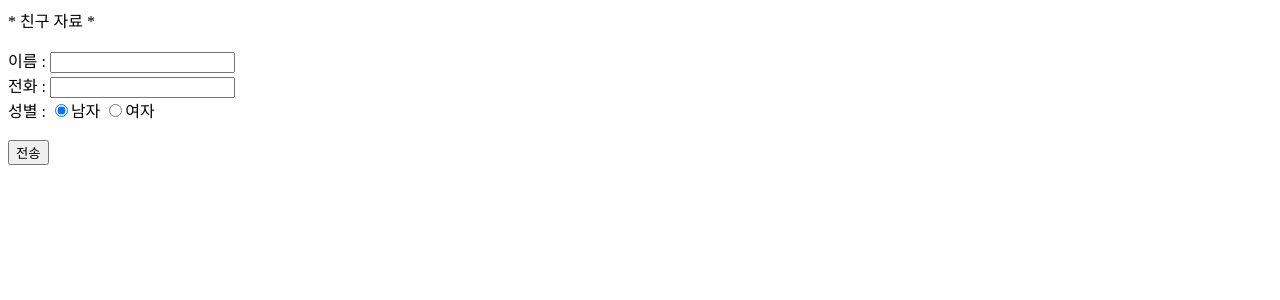
Repository: CUCU7103/Python-project
Page: pypro1/pack4network/friend.html
The author's editor kept a copy of each file at every save. The page is drawn from the files as they stood at one save, then again after the next save.
The browser window is 1280 px wide. The pictures show the whole page.

Above is the page before, as saved 2023-04-18 04:05:05.

### pypro1/pack4network/friend.html
<!DOCTYPE html>
<html>
<head>
<meta charset="UTF-8">
<title>Insert title here</title>
</head>
<body>
* 친구 자료 * </p>
<form action = "/cgi-bin/friend.py" method=post>
이름 : <input type="text" name="name" /></br>
전화 : <input type="text" name="phone" /></br>
성별 :
<input type ='radio' name='gen' value='남' checked>남자
<input type ='radio' name='gen' value='여'>여자
<br/><br/>
<input type="submit" value="전송">
</form>
</body>
</html>

After the next save:
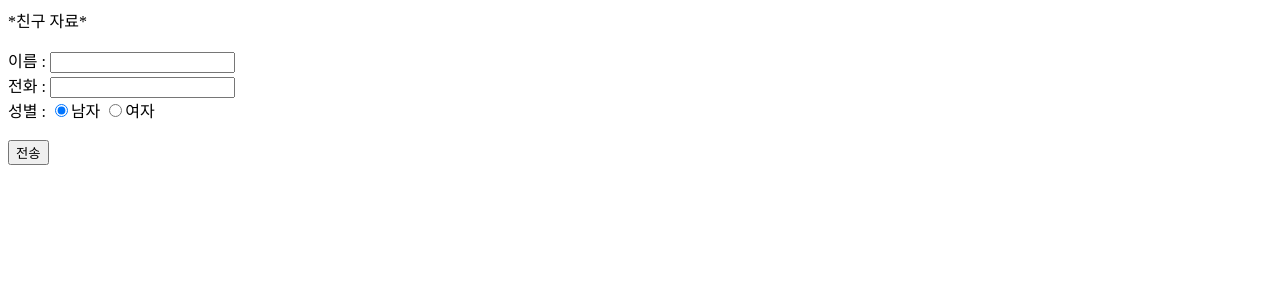
Saved 87 s later.
--- a/pypro1/pack4network/friend.html
+++ b/pypro1/pack4network/friend.html
@@ -1,19 +1,20 @@
 <!DOCTYPE html>
 <html>
 <head>
-<meta charset="UTF-8">
-<title>Insert title here</title>
+    <meta charset='utf-8'>
+    <title>Page Title</title>
 </head>
 <body>
-* 친구 자료 * </p>
-<form action = "/cgi-bin/friend.py" method=post>
-이름 : <input type="text" name="name" /></br>
-전화 : <input type="text" name="phone" /></br>
-성별 :
-<input type ='radio' name='gen' value='남' checked>남자
-<input type ='radio' name='gen' value='여'>여자
-<br/><br/>
-<input type="submit" value="전송">
-</form>
+    *친구 자료*<p>
+    <form action="/cgi-bin/friend.py" method="post">
+        이름 : <input type="text" name="name" /><br/>
+        전화 : <input type="text" name="phone" /><br/>
+        성별 :
+            <input type="radio" name="gen" value="남" checked>남자
+            <input type="radio" name="gen" value="여" >여자
+    <br/><br/>
+    <input type="submit" value="전송">
+    </form>
+
 </body>
 </html>
